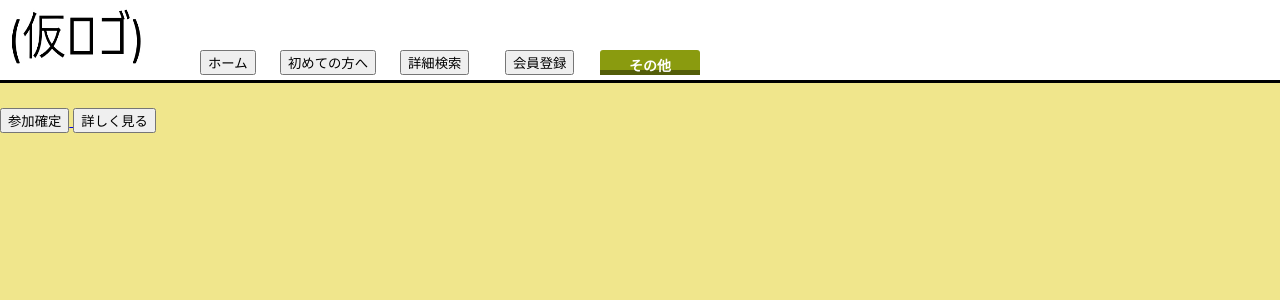
Repository: k0816/backup-master
Page: http://localhost/cycle/partyDetail.jsp
The author's editor kept a copy of each file at every save. The page is drawn from the files as they stood at one save, then again after the next save.
The browser window is 1280 px wide. The pictures show the whole page.
The page is served by Tomcat 9.

Above is the page before, as saved 2018-01-16 08:38:16.

After the next save:
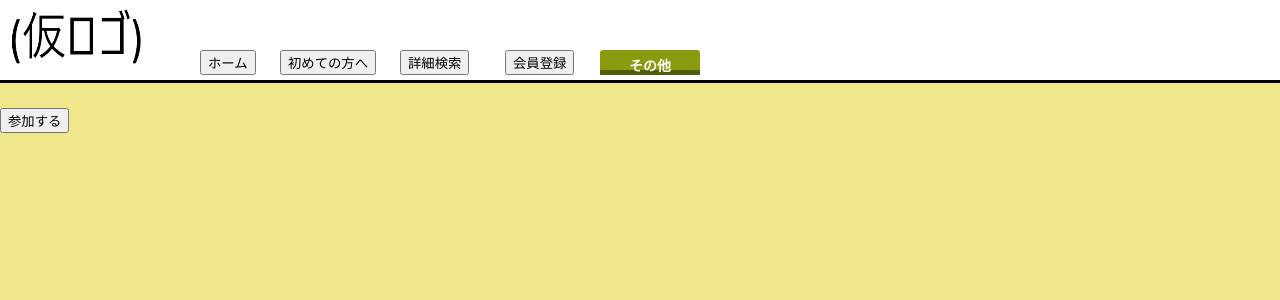
Saved 6 min 42 s later.
--- a/cycle/WebContent/partyDetail.jsp
+++ b/cycle/WebContent/partyDetail.jsp
@@ -22,12 +22,8 @@ function MoveCheck() {
 
 <s:property value="partyName" />
 
-<a href="GoHomeAction">
-<input type="button" value="参加確定" >
-</a>
-
  <a href='<s:url action="PartyJoinAction"><s:param name="id" value="%{id}"/></s:url>'>
-            <input type="submit" value="詳しく見る" />
+            <input type="submit" value="参加する" />
             </a>
 
 
